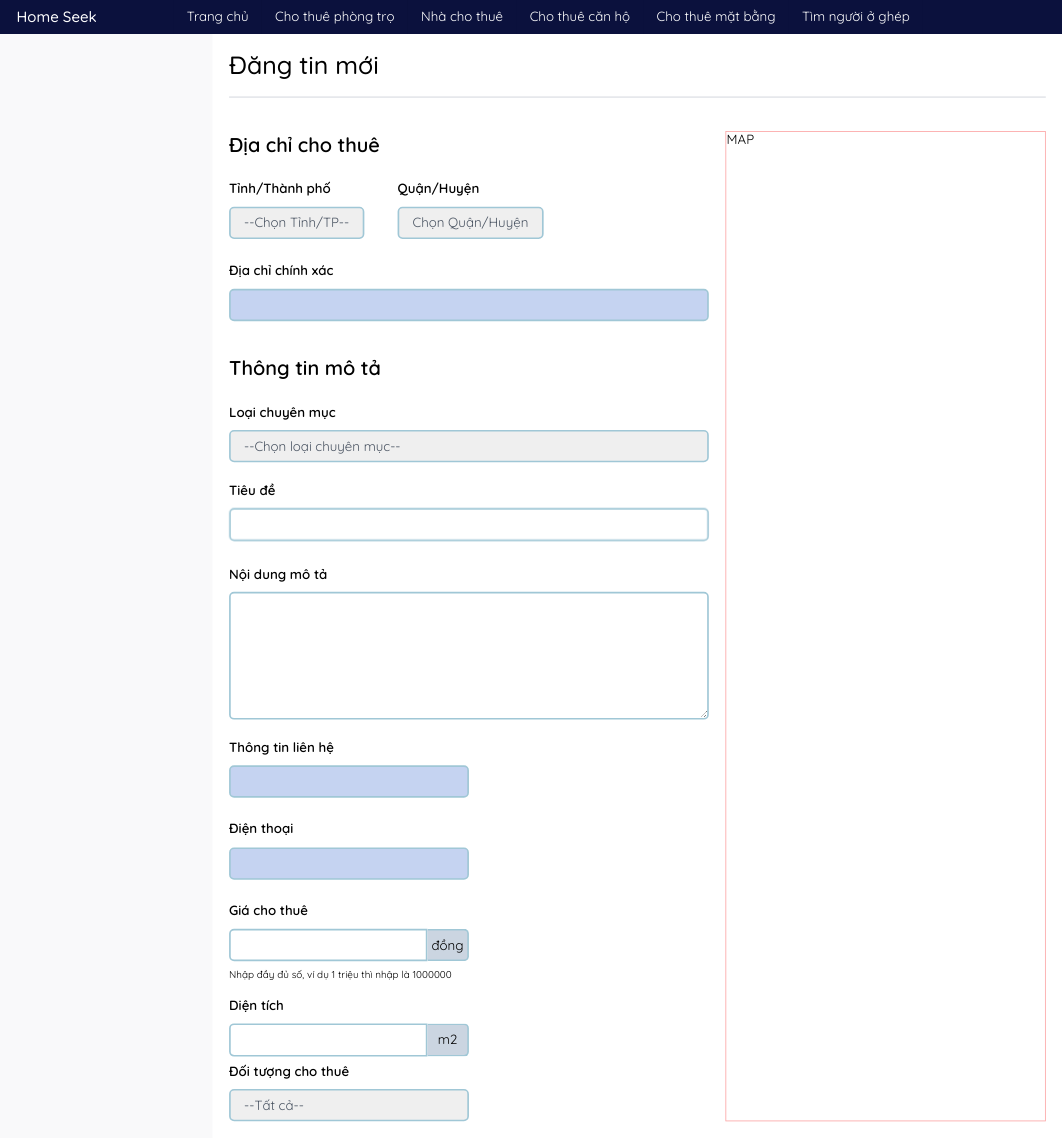
Repository: ajincome26/homeseek
Page: /create (app in client/)
An editor plug-in stored every save of this project. The page is shown before and after the next save, followed by the edit.
The browser window is 1280 px wide. The pictures show the whole page, at 83% of full size.
The page's requests for data from a server got no answer. The project was rebuilt for these pictures with package versions that can differ from the ones it lists, and the page was loaded fresh each time. Some packages were replaced by stand-ins written for this rebuild. No one was signed in, and anything a server would have sent is missing. Also part of the build but not shown: client/vite.config.ts, client/src/components/Footer/Footer.tsx, client/src/components/Button/Button.tsx, client/src/components/Button/index.ts, client/src/utils/utils.tsx, client/src/components/MainHeader/components/User.tsx, client/src/components/Popover/Popover.tsx, client/src/components/Popover/index.ts and 15 more.

Above is the page before, as saved 2024-01-11 04:54:33.

After the next save:
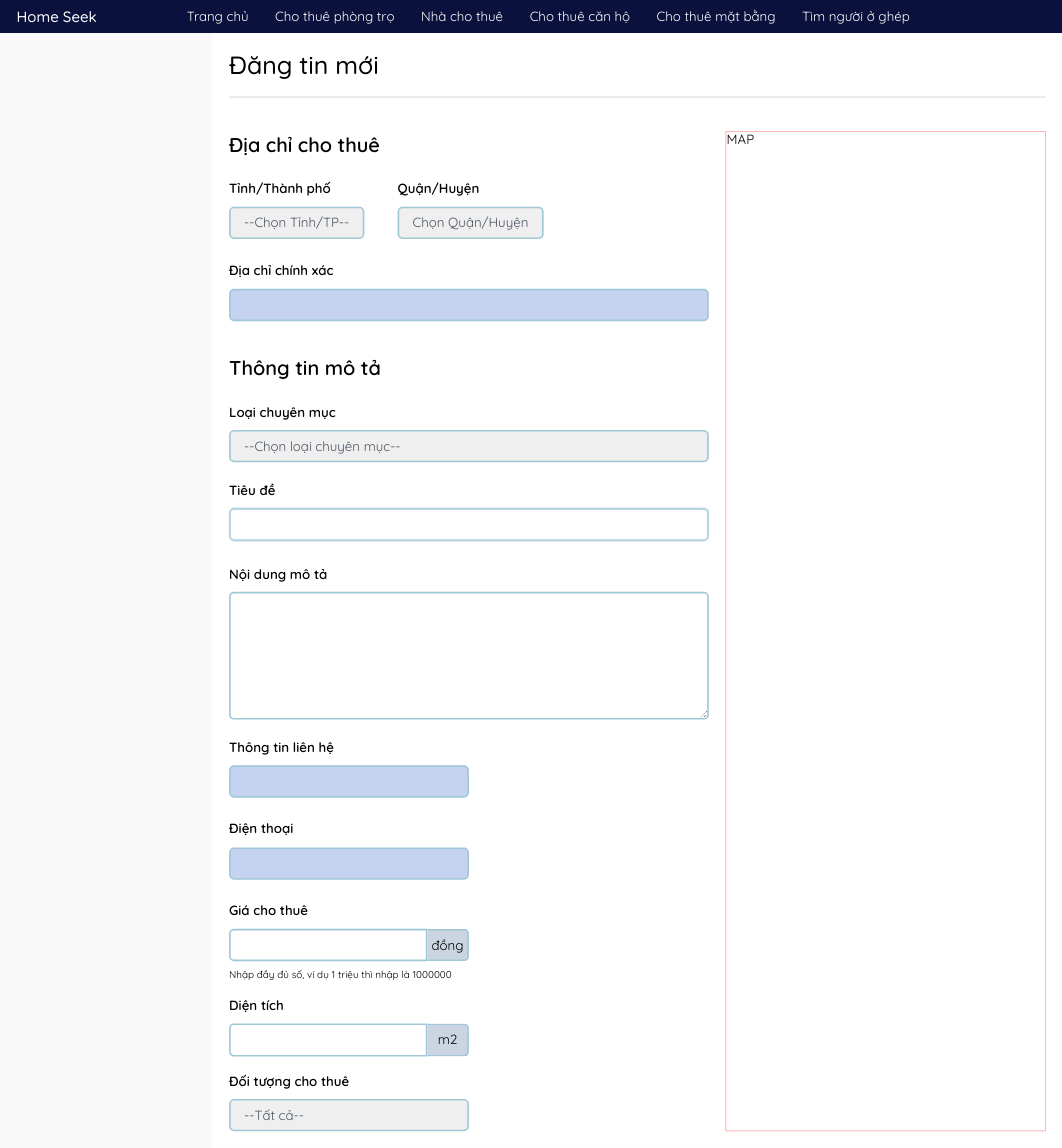
Saved 27 s later.
--- a/client/src/pages/CreatePostPage/components/Overview.tsx
+++ b/client/src/pages/CreatePostPage/components/Overview.tsx
@@ -81,7 +81,7 @@ const Overview = () => {
             <InputNumber className='rounded-tl-md rounded-bl-md' id='acreage' unit='m2' />
           </Field>
           <Field>
-            <Label textColor='text-black' htmlFor='target'>
+            <Label className='mt-5' textColor='text-black' htmlFor='target'>
               Đối tượng cho thuê
             </Label>
             <Select
